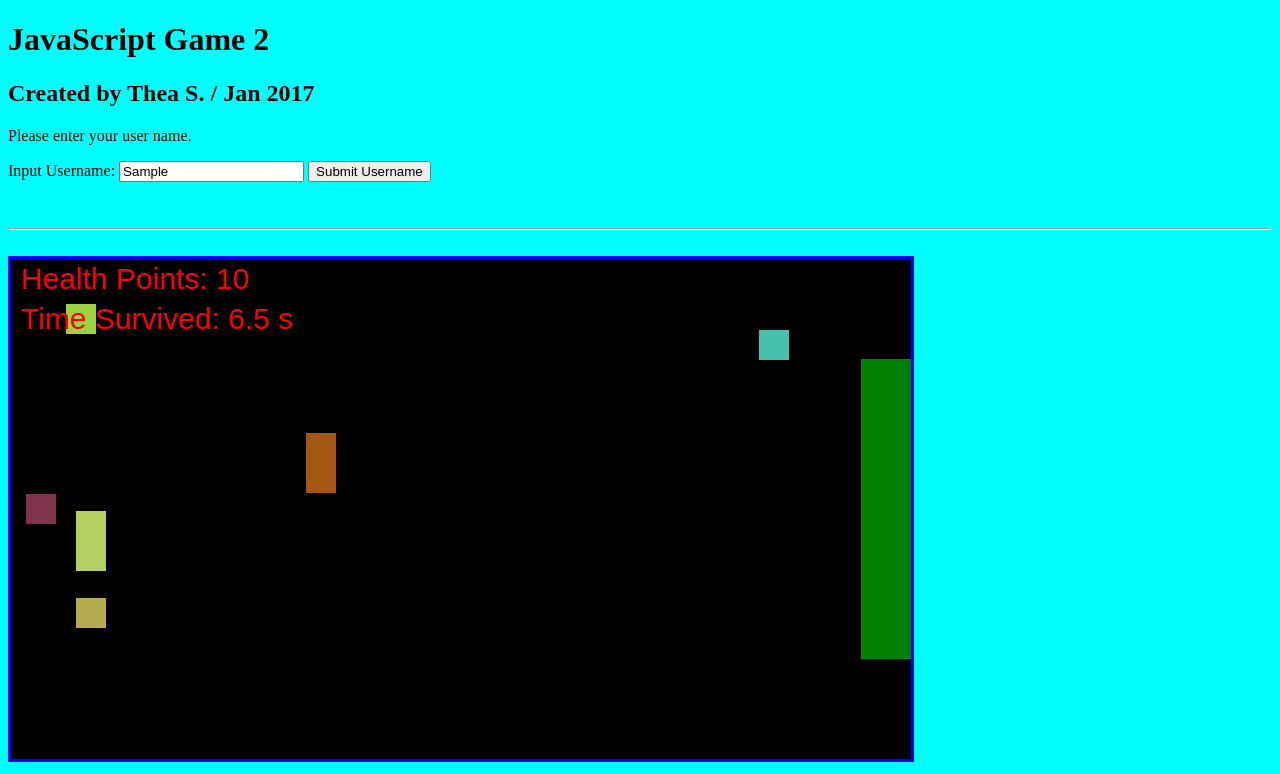
Repository: m-rabbit/b1_sukianto_code
Page: websites/JS_Game_02/index.html
An editor plug-in stored every save of this project. The page is shown before and after the next save, followed by the edit.
The browser window is 1280 px wide. The pictures show the whole page.
Empty fields were first filled with sample values (such as "Sample", 5 or name@example.com).
After loading, the first visible `button` was clicked once.

Above is the page before, as saved 2017-02-28 15:12:02.
Console error: ReferenceError: addUserName is not defined

After the next save:
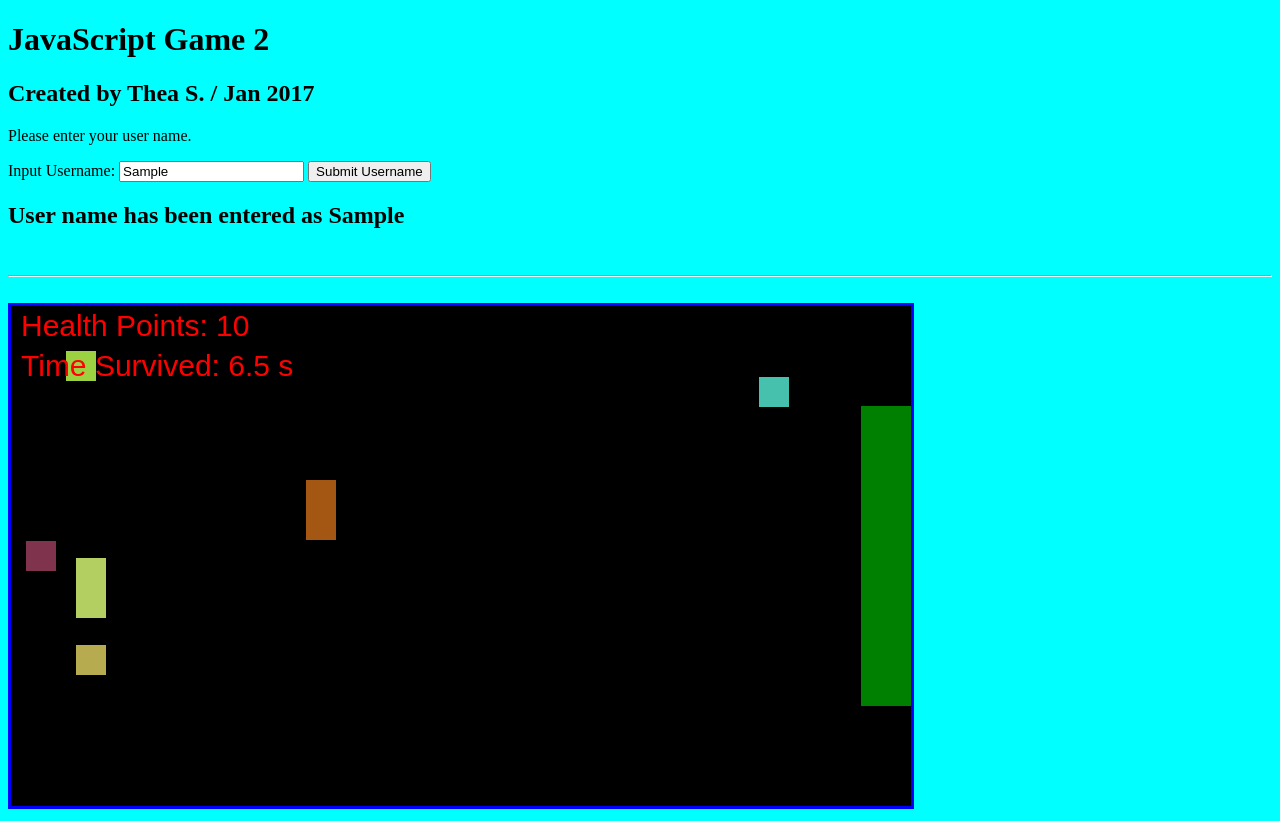
The error is gone.
Saved 8 min 50 s later.
--- a/websites/JS_Game_02/js/gametwo.js
+++ b/websites/JS_Game_02/js/gametwo.js
@@ -66,6 +66,14 @@ function getRandomIntInclusive(min, max) {
 
 // end of Enemy() constructor
 
+function addUserName() {
+	var message;
+
+	var nameOfUser = document.getElementById("userName").value;
+	message = "User name has been entered as " + nameOfUser;
+	document.getElementById("showUserName").innerHTML = message;
+}
+
 getDistanceBetweenEntity = function(entity1, entity2) {
 	var dx = entity1.x - entity2.x;
 	var dy = entity1.y - entity2.y;
